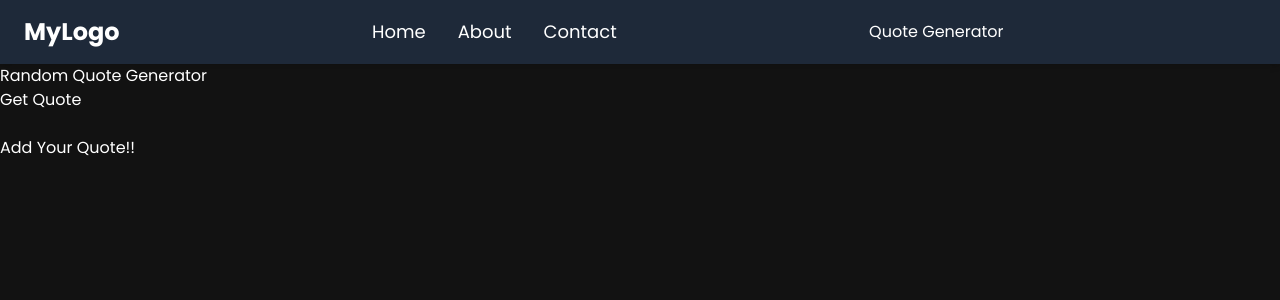
Repository: Vaibhav979/Quote-Generator
Page: / (app in QuoteGen-View/)
These files come from the project's save history. The page is drawn as it stood at one moment and after the next save; the edit follows.
The browser window is 1280 px wide. The pictures show the whole page.
The project was rebuilt for these pictures with package versions that can differ from the ones it lists, and the page was loaded fresh each time. Also part of the build but not shown: QuoteGen-View/vite.config.js, QuoteGen-View/src/components/AddQuotePage.jsx, QuoteGen-View/src/App.css.

Above is the page before, as saved 2025-08-15 21:05:51.

### QuoteGen-View/src/main.jsx
import { StrictMode } from "react";
import React from "react";
import { createRoot } from "react-dom/client";
import "./index.css";
import App from "./App.jsx";
import { GoogleOAuthProvider } from "@react-oauth/google";
import { BrowserRouter } from "react-router-dom";

createRoot(document.getElementById("root")).render(
  <GoogleOAuthProvider clientId="268854021462-45hsdqqb47302gc2gju9ife2gkvviche.apps.googleusercontent.com">
    <BrowserRouter>
      <StrictMode>
        <App />
      </StrictMode>
    </BrowserRouter>
  </GoogleOAuthProvider>
);

### QuoteGen-View/src/index.css
@import url("https://fonts.googleapis.com/css2?family=Poppins:ital,wght@0,100;0,200;0,300;0,400;0,500;0,600;0,700;0,800;0,900;1,100;1,200;1,300;1,400;1,500;1,600;1,700;1,800;1,900&display=swap");

@import "tailwindcss";

:root {
  font-family: "Poppins", sans-serif;
  color-scheme: dark;
} /* :root {
  font-family: system-ui, Avenir, Helvetica, Arial, sans-serif;
  line-height: 1.5;
  font-weight: 400;

  color-scheme: light dark;
  color: rgba(255, 255, 255, 0.87);
  background-color: #242424;

  font-synthesis: none;
  text-rendering: optimizeLegibility;
  -webkit-font-smoothing: antialiased;
  -moz-osx-font-smoothing: grayscale;
}

a {
  font-weight: 500;
  color: #646cff;
  text-decoration: inherit;
}
a:hover {
  color: #535bf2;
}

body {
  margin: 0;
  display: flex;
  place-items: center;
  min-width: 320px;
  min-height: 100vh;
}

h1 {
  font-size: 3.2em;
  line-height: 1.1;
}

button {
  border-radius: 8px;
  border: 1px solid transparent;
  padding: 0.6em 1.2em;
  font-size: 1em;
  font-weight: 500;
  font-family: inherit;
  background-color: #1a1a1a;
  cursor: pointer;
  transition: border-color 0.25s;
}
button:hover {
  border-color: #646cff;
}
button:focus,
button:focus-visible {
  outline: 4px auto -webkit-focus-ring-color;
}

@media (prefers-color-scheme: light) {
  :root {
    color: #213547;
    background-color: #ffffff;
  }
  a:hover {
    color: #747bff;
  }
  button {
    background-color: #f9f9f9;
  }
} */

### QuoteGen-View/src/App.jsx
import { useState } from "react";
import { BrowserRouter, Route, Routes } from "react-router-dom";
import React from "react";
import AddQuotePage from "./components/AddQuotePage";
import Quotes from "./components/Quotes";
import "./App.css";
import Navbar from "./components/Navbar";

function App() {
  return (
    <>
      <Navbar />
      <Routes>
        <Route path="/" element={<Quotes />} />
        <Route path="/addQuote" element={<AddQuotePage />} />
      </Routes>
    </>
  );
}

export default App;

### QuoteGen-View/src/components/Quotes.jsx
import React from "react";
import { useState } from "react";
import { useNavigate } from "react-router-dom";

const Quotes = () => {
  const [quote, setQuote] = useState("");
  const navigate = useNavigate();
  const fetchQuote = async () => {
    try {
      const res = await fetch("http://localhost:8080/quote");
      const text = await res.text();
      setQuote(text);
    } catch (error) {
      setQuote("Error fetching quote");
    }
  };

  return (
    <>
      <div>
        <h1>Random Quote Generator</h1>
        <button onClick={fetchQuote}>Get Quote</button>
        <p>{quote}</p>
        <br />
        <button onClick={() => navigate("/addQuote")}>Add Your Quote!!</button>
      </div>
    </>
  );
};

export default Quotes;

### QuoteGen-View/src/components/Navbar.jsx
import React from "react";
import { Link } from "react-router-dom";
import { useState } from "react";
import { GoogleLogin } from "@react-oauth/google";
import { jwtDecode } from "jwt-decode";

const Navbar = () => {
  const [user, setUser] = useState(null);

  return (
    <div className="w-full h-16 bg-gray-800 flex items-center px-6 shadow-md">
      <nav className="flex items-center justify-between w-full">
        <div className="text-white text-2xl font-bold">MyLogo</div>
        <ul className="list-none flex items-center gap-8 text-white text-lg">
          <li className="hover:text-gray-400 cursor-pointer">Home</li>
          <li className="hover:text-gray-400 cursor-pointer">About</li>
          <li className="hover:text-gray-400 cursor-pointer">Contact</li>
        </ul>
        <h2>Quote Generator</h2>

        {!user ? (
          <GoogleLogin
            onSuccess={(credentialResponse) => {
              const decoded = jwtDecode(credentialResponse.credential);
              setUser(decoded);
              console.log("Logged in user:", decoded);
            }}
            onError={() => {
              console.log("Login Failed");
            }}
          />
        ) : (
          <div>
            <img
              src={user.picture}
              alt="Profile"
              style={{ width: "30px", borderRadius: "50%" }}
            />
            <span>{user.name}</span>
          </div>
        )}
      </nav>
    </div>
  );
};

export default Navbar;

Loaded but not shown: QuoteGen-View/index.html (common file)

After the next save:
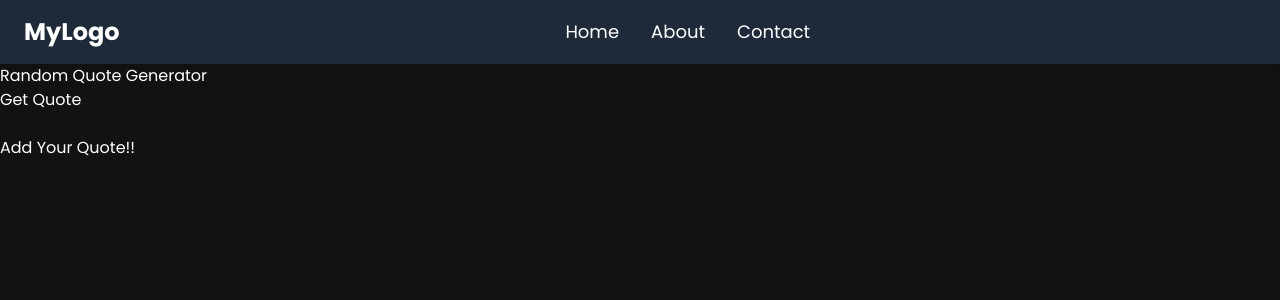
Saved 30 s later.
--- a/QuoteGen-View/src/components/Navbar.jsx
+++ b/QuoteGen-View/src/components/Navbar.jsx
@@ -16,7 +16,6 @@
           <li className="hover:text-gray-400 cursor-pointer">About</li>
           <li className="hover:text-gray-400 cursor-pointer">Contact</li>
         </ul>
-        <h2>Quote Generator</h2>
 
         {!user ? (
           <GoogleLogin
